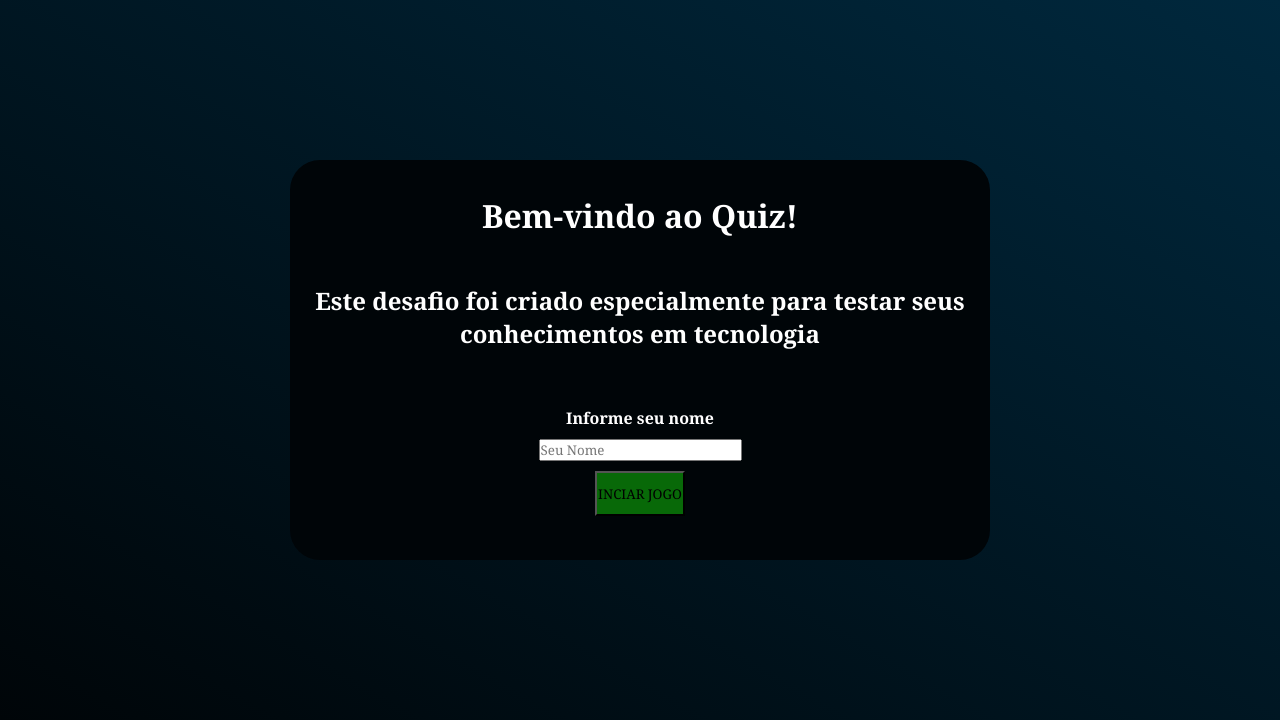
Repository: LaisSilvaO/Projeto-Quizz
Page: telas/apresentação.html
The author's editor kept a copy of each file at every save. The page is drawn from the files as they stood at one save, then again after the next save.
The browser window is 1280 px wide. The pictures show the whole page.

Above is the page before, as saved 2024-12-25 22:30:22.

After the next save:
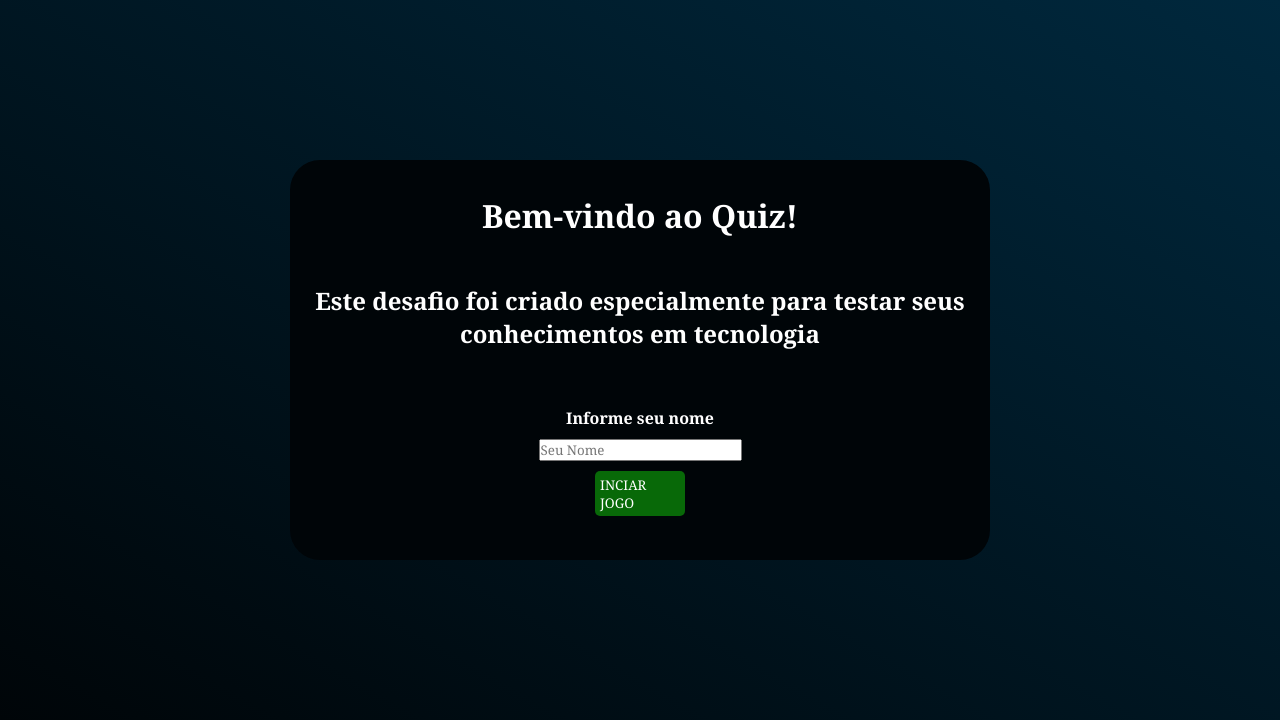
Saved 7 min 8 s later.
--- a/img/tela.css
+++ b/img/tela.css
@@ -103,8 +103,39 @@ h2{
 h4{
   padding: 10px;
 }
+
+.content {
+  display: flex;
+  flex-direction: column;
+  width: 100px;
+  gap:10px;
+}
+.qtddquestao{
+  text-align: end;
+}
+.resposta{
+  display: flex;
+  flex-direction: column;
+  gap:5px;
+}
 button{
   width: 90px;
   height: 45px;
+  text-align: start;
+  padding: 5px;
+  border: none;
+  border-radius: 5px;
+  cursor: pointer;
   background-color: rgb(8, 105, 8);
+  color: white;
 }
+
+.final{
+  display: none;
+  flex-direction: column;
+  gap: 10px;
+
+}
+.final button{
+  text-align: center;
+}
